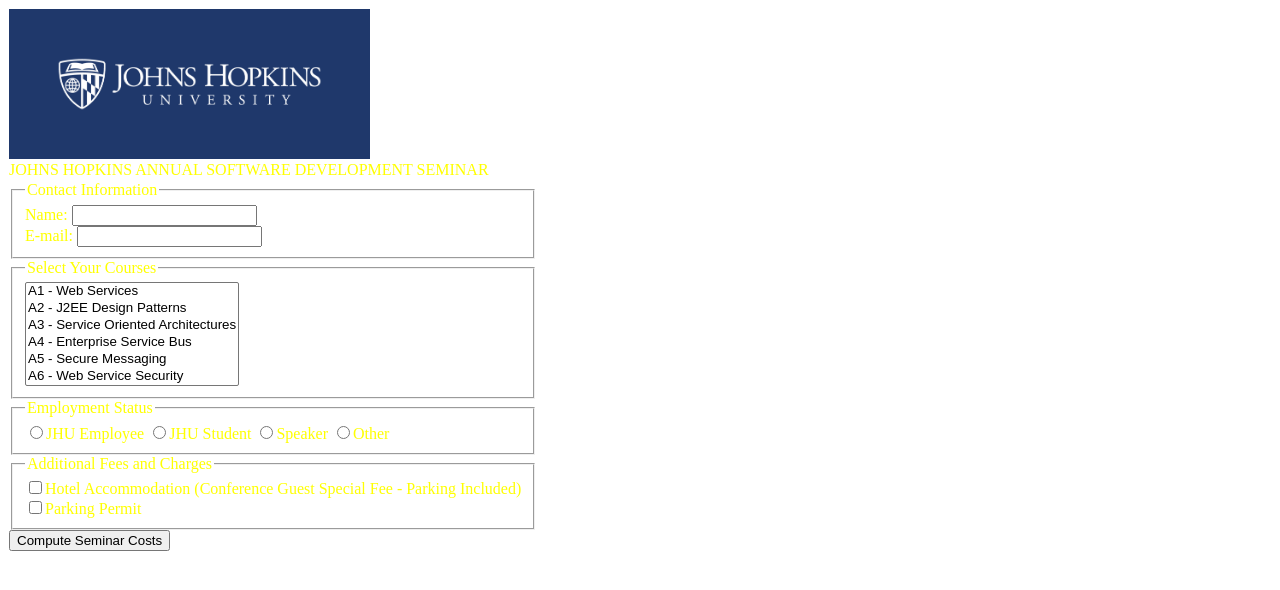
Repository: justinjwk/eclipse-workspace
Page: http://localhost/Homework2/
The author's editor kept a copy of each file at every save. The page is drawn from the files as they stood at one save, then again after the next save.
The browser window is 1280 px wide. The pictures show the whole page.
The page is served by Tomcat 9.

Above is the page before, as saved 2019-06-12 02:55:06.

After the next save:
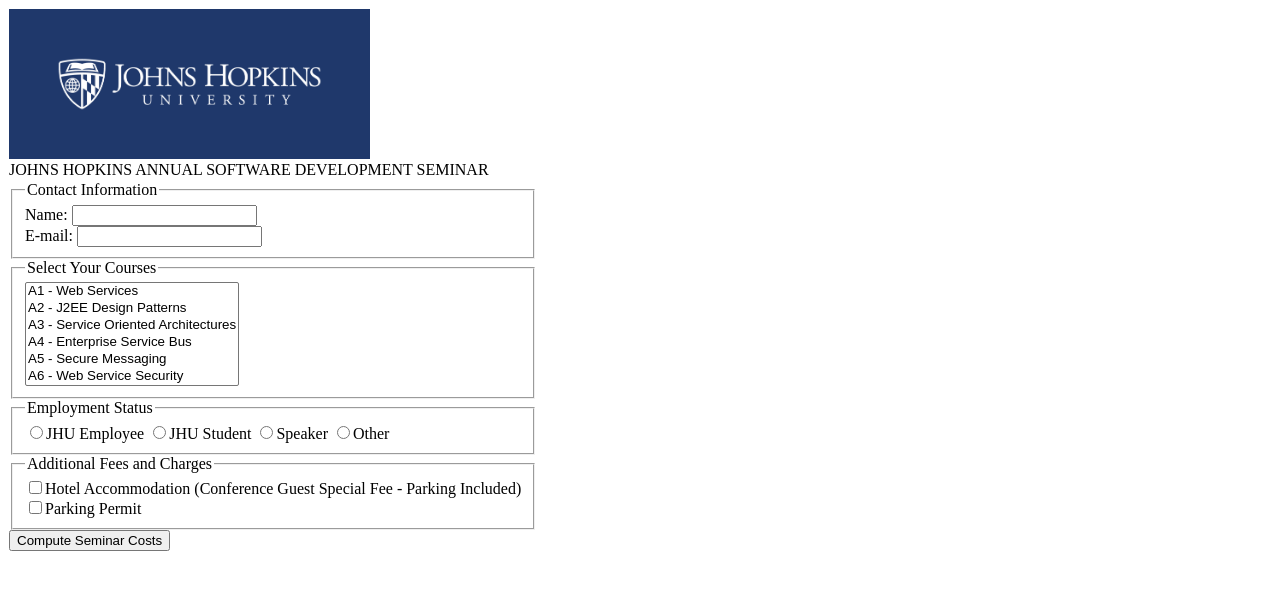
Saved 24 s later.
--- a/Homework2/WebContent/jkim342.css
+++ b/Homework2/WebContent/jkim342.css
@@ -1,7 +1,7 @@
 @charset "UTF-8";
 table {
 	border-collapse: collapse;
-	color: yellow;
+	backgroud-color: yellow;
 }
 
 th, td {
